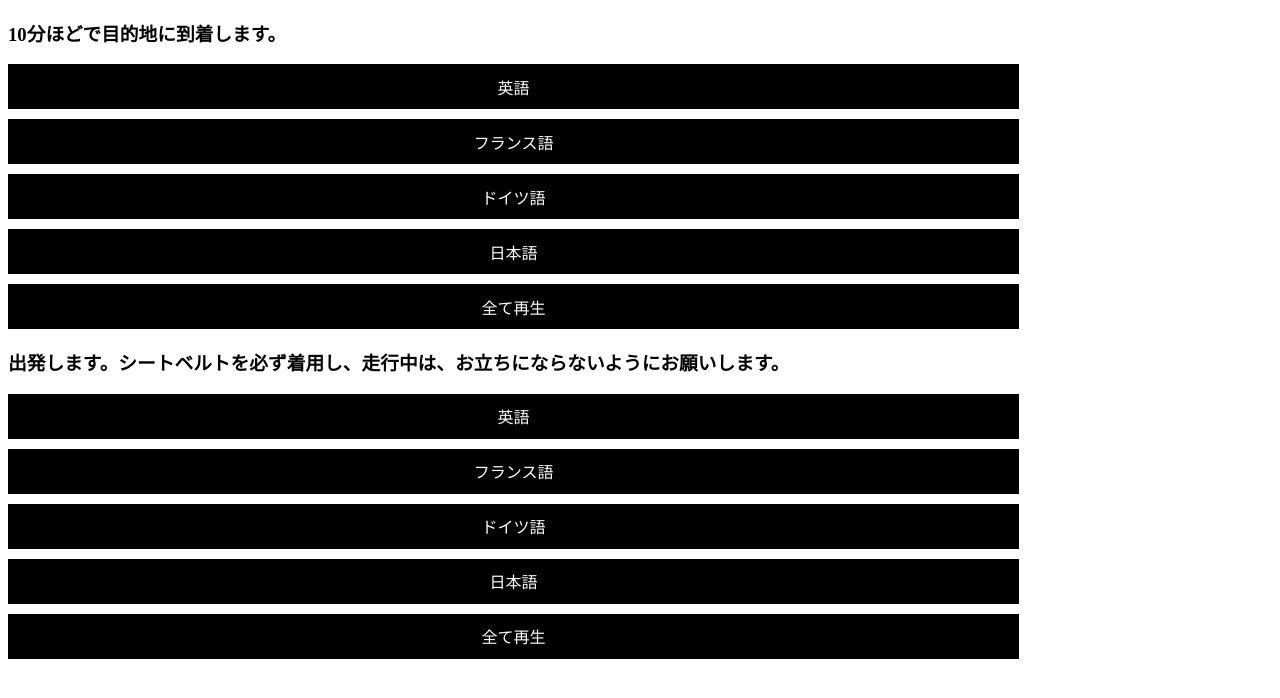
Repository: MBR3/MBR3.github.io
Page: index.html
An editor plug-in stored every save of this project. The page is shown before and after the next save, followed by the edit.
The browser window is 1280 px wide. The pictures show the whole page.
Some web libraries are served in a nearby version.

Above is the page before, as saved 2022-10-22 13:19:30.

After the next save:
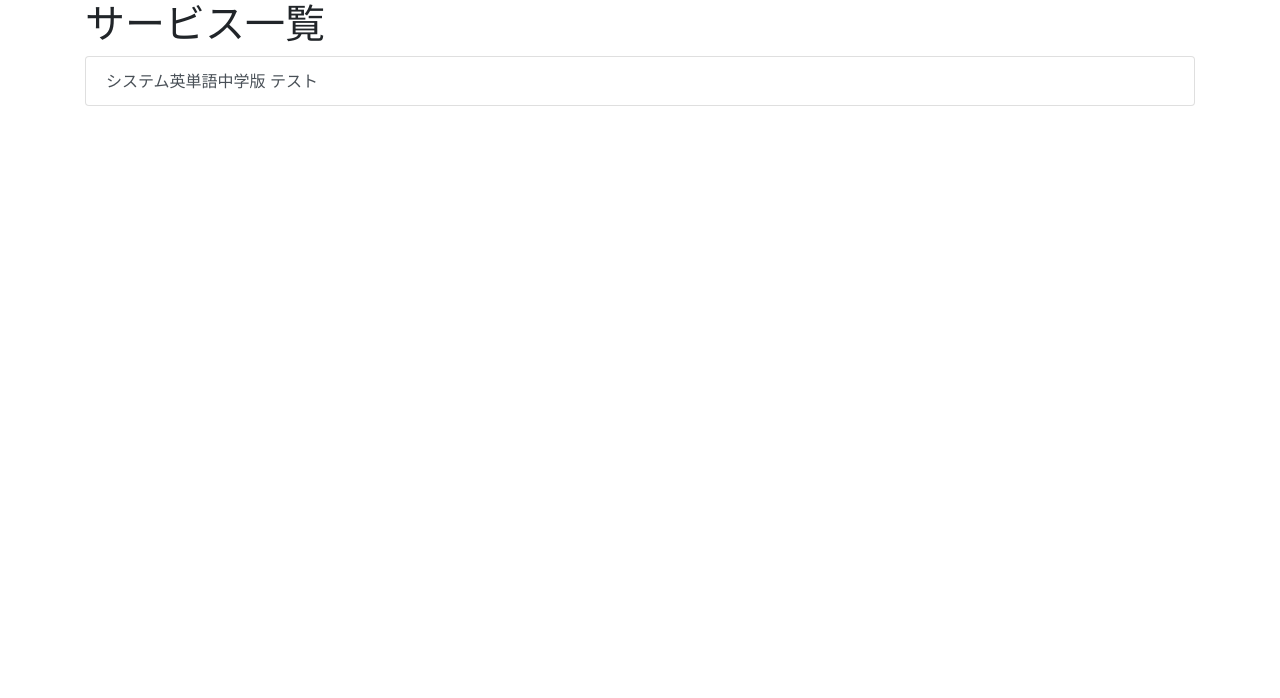
Saved 259 days later.
--- a/index.html
+++ b/index.html
@@ -1,64 +1,24 @@
 <!DOCTYPE html>
-<html>
-    <head>
-        <title>バス運行（業務用）</title>
-        <link rel="stylesheet" href="index.css">
-        <script src="index.js"></script>
-    </head>
+<html lang="en">
 
-    <body>
-        <h3>10分ほどで目的地に到着します。</h3>
+<head>
+  <meta charset="UTF-8">
+  <meta name="viewport" content="width=device-width, initial-scale=1.0">
+  <title>サービス一覧</title>
+  <link rel="stylesheet" href="https://stackpath.bootstrapcdn.com/bootstrap/4.5.2/css/bootstrap.min.css">
+</head>
 
-        <div class="btn" onclick="eng_10_audio()">英語</div>
-        <audio id="eng_btn_10_audio">
-            <source src="./audio/english-10.mp3" type="audio/mp3">
-        </audio>
+<body>
+  <div class="container">
+    <h1>サービス一覧</h1>
+    <div class="list-group">
+      <a href="shisutan-test.html" class="list-group-item list-group-item-action">システム英単語中学版 テスト</a>
+    </div>
+  </div>
 
-        <div class="btn" onclick="fra_10_audio()">フランス語</div>
-        <audio id="fra_btn_10_audio">
-            <source src="./audio/france-10.mp3" type="audio/mp3">
-        </audio>
+  <script src="https://code.jquery.com/jquery-3.5.1.slim.min.js"></script>
+  <script src="https://cdn.jsdelivr.net/npm/@popperjs/core@2.5.4/dist/umd/popper.min.js"></script>
+  <script src="https://stackpath.bootstrapcdn.com/bootstrap/4.5.2/js/bootstrap.min.js"></script>
+</body>
 
-        <div class="btn" onclick="ger_10_audio()">ドイツ語</div>
-        <audio id="ger_btn_10_audio">
-            <source src="./audio/german-10.mp3" type="audio/mp3">
-        </audio>
-
-        <div class="btn" onclick="jpn_10_audio()">日本語</div>
-        <audio id="jpn_btn_10_audio">
-            <source src="./audio/japanese-10.mp3" type="audio/mp3">
-        </audio>
-
-        <div class="btn" onclick="all_10_audio()">全て再生</div>
-        <audio id="all_btn_10_audio">
-            <source src="./audio/all-10.mp3" type="audio/mp3">
-        </audio>
-
-        <h3>出発します。シートベルトを必ず着用し、走行中は、お立ちにならないようにお願いします。</h3>
-
-        <div class="btn" onclick="eng_dep_audio()">英語</div>
-        <audio id="eng_btn_dep_audio">
-            <source src="./audio/english-dep.mp3" type="audio/mp3">
-        </audio>
-
-        <div class="btn" onclick="fra_dep_audio()">フランス語</div>
-        <audio id="fra_btn_dep_audio">
-            <source src="./audio/france-dep.mp3" type="audio/mp3">
-        </audio>
-
-        <div class="btn" onclick="ger_dep_audio()">ドイツ語</div>
-        <audio id="ger_btn_dep_audio">
-            <source src="./audio/german-dep.mp3" type="audio/mp3">
-        </audio>
-
-        <div class="btn" onclick="jpn_dep_audio()">日本語</div>
-        <audio id="jpn_btn_dep_audio">
-            <source src="./audio/japanese-dep.mp3" type="audio/mp3">
-        </audio>
-
-        <div class="btn" onclick="all_dep_audio()">全て再生</div>
-        <audio id="all_btn_dep_audio">
-            <source src="./audio/all-dep.mp3" type="audio/mp3">
-        </audio>
-    </body>
 </html>
